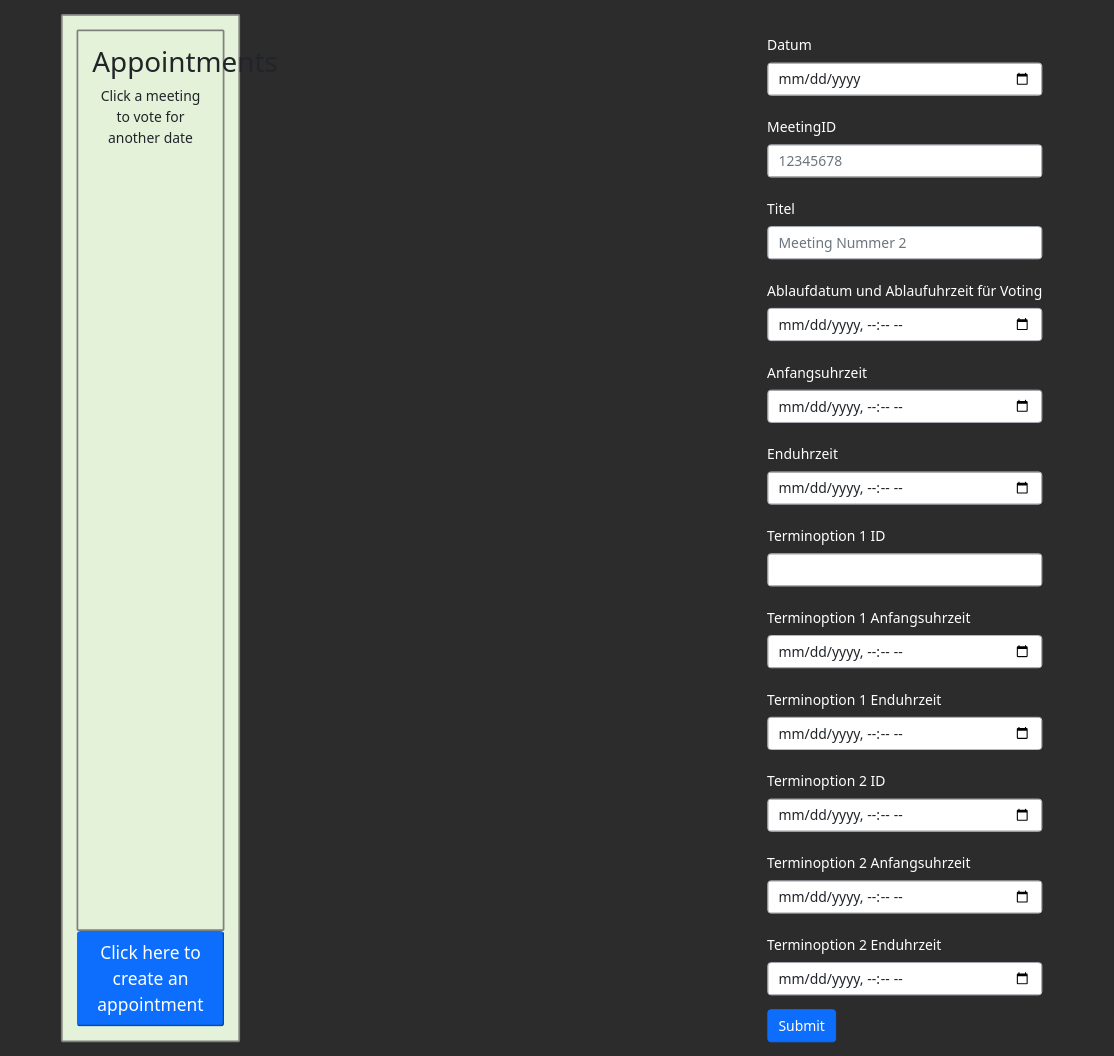
Repository: wlichon/Semesterprojekt
Page: index.html
These files come from the project's save history. The page is drawn as it stood at one moment and after a run of saves; the edit follows.
The browser window is 1280 px wide. The pictures show the whole page, at 87% of full size.
The page's requests for data from a server got no answer. Some web libraries are served in a nearby version.

Above is the page before, as saved 2022-04-26 18:38:36.

### index.html
<!DOCTYPE html>
<html lang="en">
<head>
    <link href="https://cdn.jsdelivr.net/npm/bootstrap@5.1.3/dist/css/bootstrap.min.css" rel="stylesheet" integrity="sha384-1BmE4kWBq78iYhFldvKuhfTAU6auU8tT94WrHftjDbrCEXSU1oBoqyl2QvZ6jIW3" crossorigin="anonymous">
    <link rel="stylesheet" href="https://cdn.jsdelivr.net/npm/bootstrap-icons@1.8.1/font/bootstrap-icons.css">
    <script
    src="https://code.jquery.com/jquery-3.6.0.min.js"
    integrity="sha256-/xUj+3OJU5yExlq6GSYGSHk7tPXikynS7ogEvDej/m4="
    crossorigin="anonymous"></script>
    <script src="https://cdnjs.cloudflare.com/ajax/libs/jqueryui/1.12.1/jquery-ui.min.js" integrity="sha512-uto9mlQzrs59VwILcLiRYeLKPPbS/bT71da/OEBYEwcdNUk8jYIy+D176RYoop1Da+f9mvkYrmj5MCLZWEtQuA==" crossorigin="anonymous" referrerpolicy="no-referrer"></script>
    <meta charset="UTF-8">
    <meta http-equiv="X-UA-Compatible" content="IE=edge">
    <meta name="viewport" content="width=device-width, initial-scale=1.0">
    <link rel="stylesheet" href="frontend/css/mystyle.css">
    <script src="frontend/script/script.js" defer></script>
    <title>Appointment Finder</title>
</head>
<body class="d-flex justify-content-center">
    <div class="container m-3 d-flex justify-content-center">
        <div class="events row flex-grow-1" id="events">
            <div class="col-md-3 d-flex justify-content-between" style="flex-direction: column">

                <div class="col">
                    <h2 class="align-self-center">Appointments</h2>
                    <p class="">Click a meeting to vote for another date</p>
                </div>
                <button class = "btn-primary btn-lg" id = "createappointment"> Click here to create an appointment</button>


                </div>
             </div>

             <form id = "checkboxnamecomment">
            <div class="appointments row flex-grow-1" id="appointments">
                <div class="col-md d-flex justify-content-between" style="flex-direction: column">
                    <div class="row h-80">
                        <div class="col">
                           <h2 class="align-self-center">Options</h2>
                        </div>
                    </div>
                    <div class="row inputs h-20 align-self-bottom">
                        <div class="col-md">
                            <i class="bi bi-person-circle m-1"></i><input type="text" placeholder="Name" id = "personname" >
                        </div>
                    </div>
                </div>
            </form>
        </div>


        <form id = "createappointmentform" >
            <div class="form-group">
              <label for="date" class ="text-white mt-4 mb-2">Datum</label>
              <input type="date" class="form-control" name="date" id="date" required>
            </div>
            <div class="form-group">
                <label for="meetingid" class ="text-white mt-4 mb-2">MeetingID</label>
                <input type="number" class="form-control" name="meetingid" id="meetingid" placeholder="12345678" required>
            </div>
            <div class="form-group">
                <label for="title" class ="text-white mt-4 mb-2">Titel</label>
                <input type="text" class="form-control" name="title" id="title" placeholder="Meeting Nummer 2" required>
            </div>
              <div class="form-group">
                <label for="votingExpirationDate" class ="text-white mt-4 mb-2">Ablaufdatum und Ablaufuhrzeit für Voting</label>
                <input type="datetime-local" class="form-control" name="votingExpirationDate" id="votingExpirationDate"  required>
            </div>
              <div class="form-group">
                <label for="begin" class ="text-white mt-4 mb-2">Anfangsuhrzeit</label>
                <input type="datetime-local" class="form-control" name="begin" id="begin" required>
            </div>
              <div class="form-group">
                <label for="end" class ="text-white mt-4 mb-2">Enduhrzeit</label>
                <input type="datetime-local" class="form-control" name="end" id="end"  required>
            </div>
            <div class="form-group">
                <label for="terminoption1id" class ="text-white mt-4 mb-2">Terminoption 1 ID</label>
                <input type="number" class="form-control" name="terminoption1id" id="terminoption1id"  required>
            </div>
            <div class="form-group">
                <label for="terminoption1" class ="text-white mt-4 mb-2">Terminoption 1 Anfangsuhrzeit</label>
                <input type="datetime-local" class="form-control" name="terminoption1begin" id="terminoption1begin"  required>
            </div>
            <div class="form-group">
                <label for="terminoption1" class ="text-white mt-4 mb-2">Terminoption 1 Enduhrzeit</label>
                <input type="datetime-local" class="form-control" name="terminoption1end" id="terminoption1end"  required>
            </div>
            <div class="form-group">
                <label for="terminoption2id" class ="text-white mt-4 mb-2">Terminoption 2 ID</label>
                <input type="datetime-local" class="form-control" name="terminoption2id" id="terminoption2id"  required>
            </div>
            <div class="form-group">
                <label for="terminoption2" class ="text-white mt-4 mb-2">Terminoption 2 Anfangsuhrzeit</label>
                <input type="datetime-local" class="form-control" name="terminoption2begin" id="terminoption2begin"  required>
            </div>
            <div class="form-group">
                <label for="terminoption2" class ="text-white mt-4 mb-2">Terminoption 2 Enduhrzeit</label>
                <input type="datetime-local" class="form-control" name="terminoption2end" id="terminoption2end"  required>
            </div>
            <button name = "submit" type="submit" class="btn btn-primary mt-3">Submit</button>
          </form>

            </div>


    <script src="https://cdn.jsdelivr.net/npm/bootstrap@5.1.3/dist/js/bootstrap.bundle.min.js" integrity="sha384-ka7Sk0Gln4gmtz2MlQnikT1wXgYsOg+OMhuP+IlRH9sENBO0LRn5q+8nbTov4+1p" crossorigin="anonymous"></script>
</body>
</html>

### frontend/css/mystyle.css
[class*="col"]{
    text-align:center;
    border: 2px solid grey;
    padding: 1rem;
    border-radius: 2px;
    background-color:rgb(228, 242, 217);
}

.bi-person-circle{
    font-size: 1.5rem;
}

.inputs > div{
    background-color: rgb(89, 209, 61);
}

body{
    background-color:rgb(45, 44, 44);
}

.wrapper{
    border-radius: 5px;
    border: none;
    background-color: lightcyan;
}

.container{
    border-radius: 5px;
}

#lslide{
    background-color:blue;
    border-radius:10px;
}

.event{
    cursor: pointer;
}

.event:hover{
    background-color:blue;
}

.noevent:hover{
    pointer-events: none;
}

### frontend/script/script.js
"use strict";
var months = ["Jan", "Feb", "Mar", "Apr", "May", "Jun", "Jul", "Aug", "Sep", "Oct", "Nov", "Dec"];
var days = ["Mon", "Tue", "Wed", "Thu", "Fri", "Sat", "Sun"];
var slidebutton = "<div class='btn btn-primary col-auto p-1' id='lslide'><i class='bi bi-chevron-left'></i></div>";
var commentbar = "<div class='row mt-5 comment'><div class='input-group input-group-lg'><span class='input-group-text' id='inputGroup-sizing-lg'>Comment</span><input type='text' class='form-control' aria-label='Sizing example input' aria-describedby='inputGroup-sizing-lg'><button class='btn btn-outline-secondary bg-primary text-white' type='button' id='submit'>Submit</button></div></div>";
$(function () {
    $("#appointments").hide();
    $("#events").hide();
    $.ajax({
        type: "GET",
        url: "backend/serviceHandler.php",
        cache: false,
        data: { function: "loadAppointments" },
        dataType: "json",
        success: function (response) {
            // bei sucess liefert loadAppointments ein Array mit den ganzen Appointments in dem Format:
            //  Appointment("25-06-2027", "Meeting4", "22-05-2025 19:30:00", "18:00", "18:30", [2, 3]) also:
            // Appointment("Tag-Monat-Jahr", "MeetingNummer", "ExpirationDate", "UhrzeitBeginn", "Uhrzeitende", "OptionsID");
            // Appointment ($date,$title,$votingExpirationDate,$begin,$end,$optionIDs)3222
            console.log("success");
            $.each(response, function (i, val) {
                var counter = 1;
                var date = new Date(val["date"]["date"]);
                var month = months[date.getMonth()];
                var day = days[date.getDay()];
                var dayOfMonth = date.getDate();
                var year = date.getFullYear();
                var expiration = val["votingExpirationDate"]["date"].substr(0, 19);
                var begin = val["begin"]["date"].substr(11).substr(0, 8);
                var end = val["end"]["date"].substr(11).substr(0, 8);
                var id = val["optionIDs"];
                $("#events").append("<div class='col-md-2 event' id =" + counter + " + data=" + id + ">" +
                    "<div class='col wrapper'>" +
                    "<h2>" + val["title"] + "</h2>" +
                    "<h4>" + month + "</h4>" +
                    "<h3>" + dayOfMonth + "</h3>" +
                    "<p>" + day + "</p>" +
                    "<p>Begins: " + begin + "</p>" +
                    "<p>Ends: " + end + "</p>" +
                    "<h6><p>Voting ends:</p>" +
                    "<p>" + expiration + "</p></h6>" +
                    "</div> </div>");
                var isexpired = new Date(expiration);
                var today = new Date();
                if (isexpired <= today) {
                    $("#" + counter).append("<h5 class = 'mt-3' > abgelaufen! </h5>");
                    $("#" + counter).attr("class", "col-md-2 noevent");
                }
                counter++;
            });
        },
        complete: function () {
            $(".event").on('click', function (e) {
                var self = e.currentTarget; // Element was das Klick getriggert hat
                $("#events").hide("slide", { direction: "left" }, 1000, function () {
                    console.log(self);
                    var optionIDs_string = self.getAttribute("data");
                    var optionIDs = Array.from(optionIDs_string.split(","));
                    console.log(optionIDs);
                    $.ajax({
                        type: "GET",
                        url: "backend/serviceHandler.php",
                        cache: false,
                        data: { function: "loadOptions", param: optionIDs },
                        dataType: "json",
                        success: function (response) {
                            console.log("success");
                            console.log(response);
                            $.each(response, function (i, val) {
                                var date = new Date(val["date"]["date"]);
                                console.log("loop");
                                var month = months[date.getMonth()];
                                var day = days[date.getDay()];
                                var dayOfMonth = date.getDate();
                                var year = date.getFullYear();
                                var begin = val["begin"]["date"].substr(11).substr(0, 8);
                                var end = val["end"]["date"].substr(11).substr(0, 8);
                                $("#appointments").append("<div class='col-md'>" +
                                    "<div class='col-md event'>" +
                                    "<div class='col wrapper'>" +
                                    "<h4>" + month + "</h4>" +
                                    "<h3>" + dayOfMonth + "</h3>" +
                                    "<p>" + day + "</p>" +
                                    "<p>Begins: " + begin + "</p>" +
                                    "<p>Ends: " + end + "</p>" +
                                    "</div></div>" +
                                    "<div class='row inputs h-20'>" +
                                    "<div class='col-md'><input class='form-check-input' type='checkbox' value=''></div></div></div>");
                            });
                            $("#appointments").append(slidebutton + commentbar);
                            $("#lslide").on('click', slidebar);
                        },
                        error: function (response) {
                            console.log("failure");
                        }
                    }),
                        setTimeout(function () { return $("#appointments").show("slide", 1000); }, 100);
                });
            });
            $("#events").show("slide", 1000);
        },
        error: function (e) {
            console.log("failure");
        }
    });
    console.log("hi");
    $("#submit").on('click', function () {
        console.log($("#test").prop("checked"));
    });
});
var optionNameInput = '<div class="col-md d-flex justify-content-between" style="flex-direction: column">' +
    '<div class="row h-80">' +
    '<div class="col">' +
    '<h2 class="align-self-center">Options</h2>' +
    '</div>' +
    '</div>' +
    '<div class="row inputs h-20 align-self-bottom">' +
    '<div class="col-md">' +
    '<i class="bi bi-person-circle m-1"></i><input type="text" placeholder="Name">' +
    '</div>' +
    '</div>' +
    '</div>';
function slidebar() {
    $("#appointments").hide("slide", { direction: "left" }, 1000, function () {
        $("#appointments").empty().append(optionNameInput);
        $("#events").show("slide", 1000);
    });
}

After the next 2 saves:
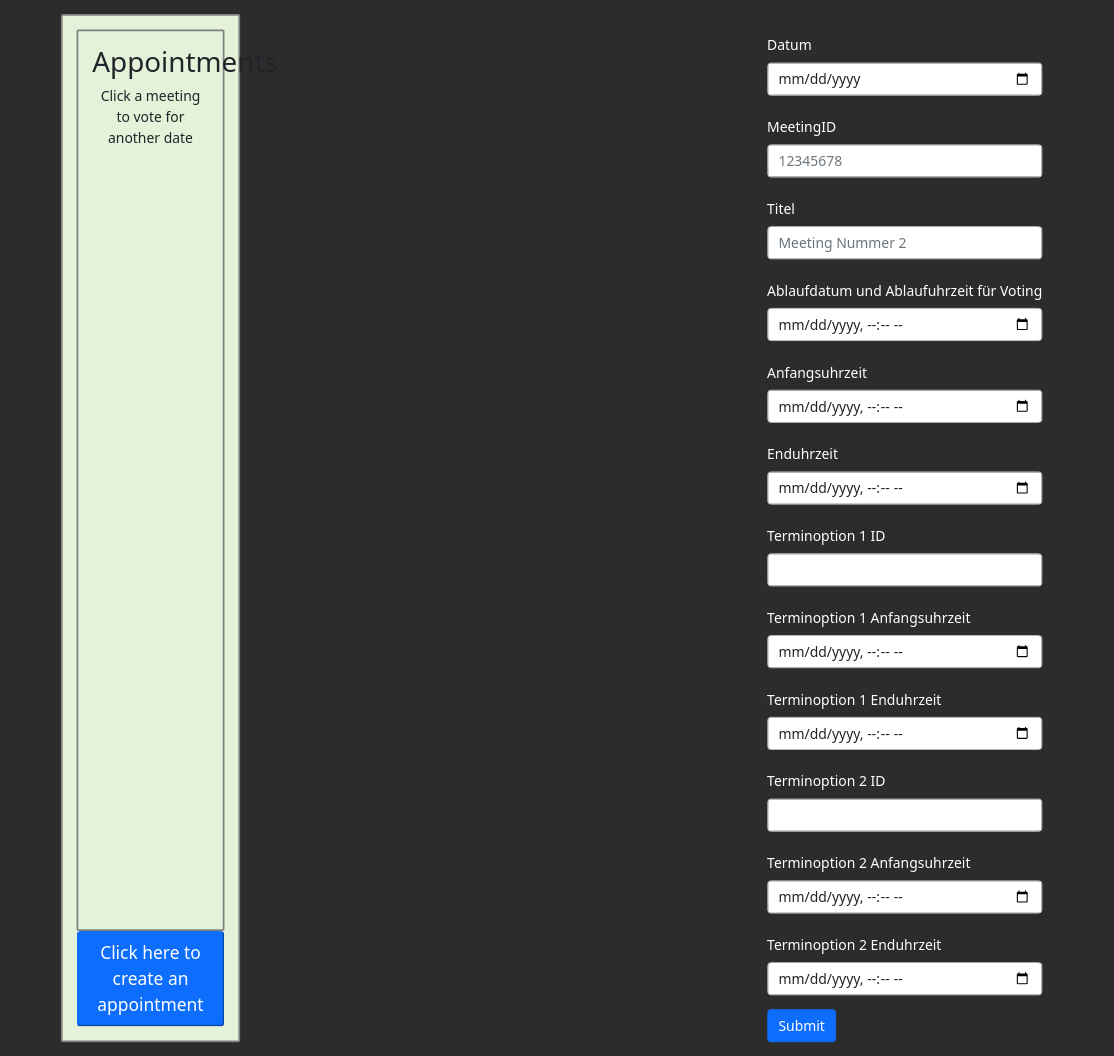
The 2 saves are shown as one change because they came seconds apart.
The last was saved 8 s later.
--- a/index.html
+++ b/index.html
@@ -87,7 +87,7 @@
             </div>
             <div class="form-group">
                 <label for="terminoption2id" class ="text-white mt-4 mb-2">Terminoption 2 ID</label>
-                <input type="datetime-local" class="form-control" name="terminoption2id" id="terminoption2id"  required>
+                <input type="number" class="form-control" name="terminoption2id" id="terminoption2id"  required>
             </div>
             <div class="form-group">
                 <label for="terminoption2" class ="text-white mt-4 mb-2">Terminoption 2 Anfangsuhrzeit</label>
